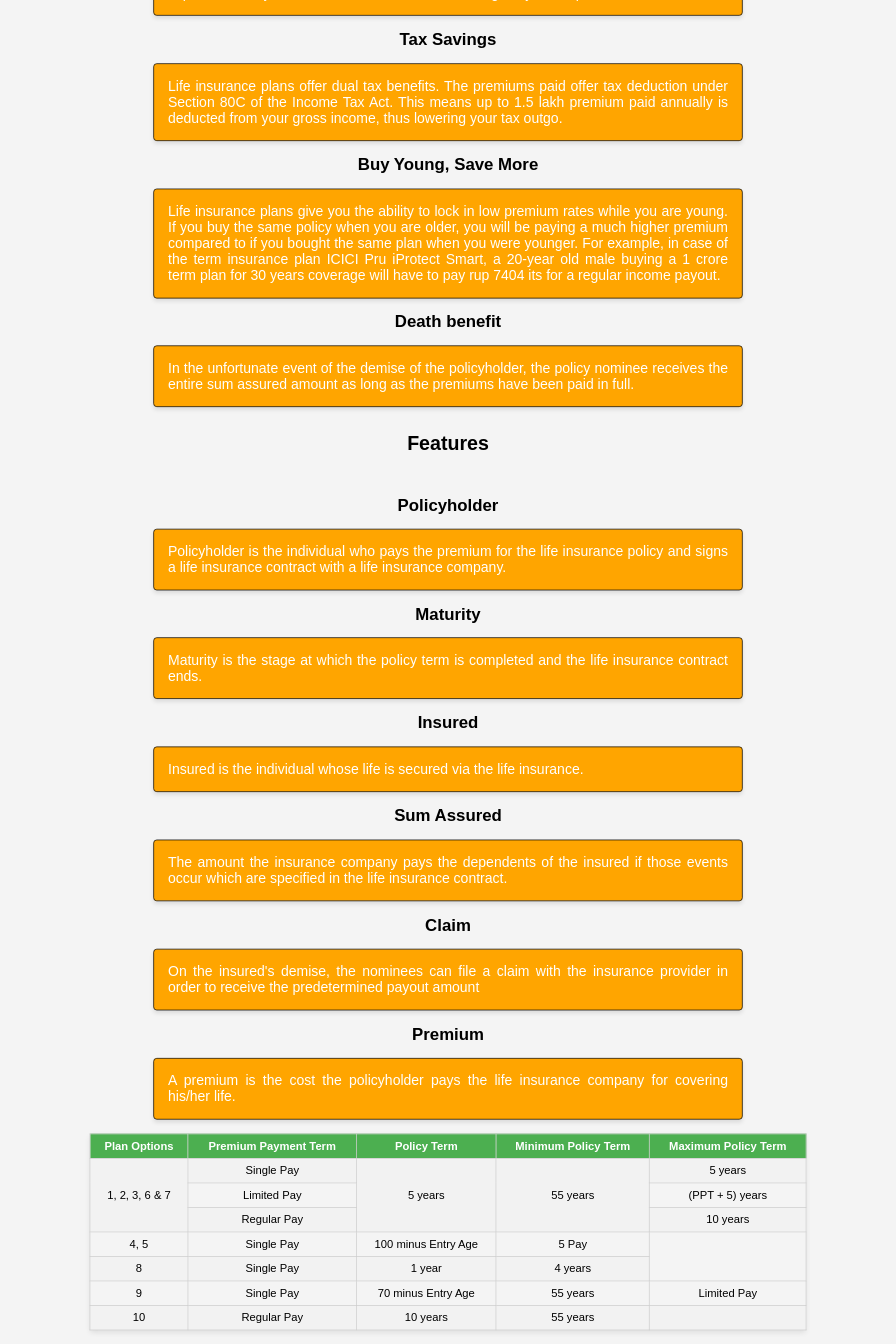
Repository: sowmini-nats/git-spring-project
Page: http://localhost/InsuranceAutomationSystem/LifeCare.jsp
The author's editor kept a copy of each file at every save. The page is drawn from the files as they stood at one save, then again after the next save.
The browser window is 1280 px wide. The pictures show the part of the page from y = 739 to 2659 px (the page is 2659 px tall before and 2537 px after), at 70% of full size.
The page is served by Tomcat 10.

Above is the page before, as saved 2023-10-31 03:58:46.

After the next save:
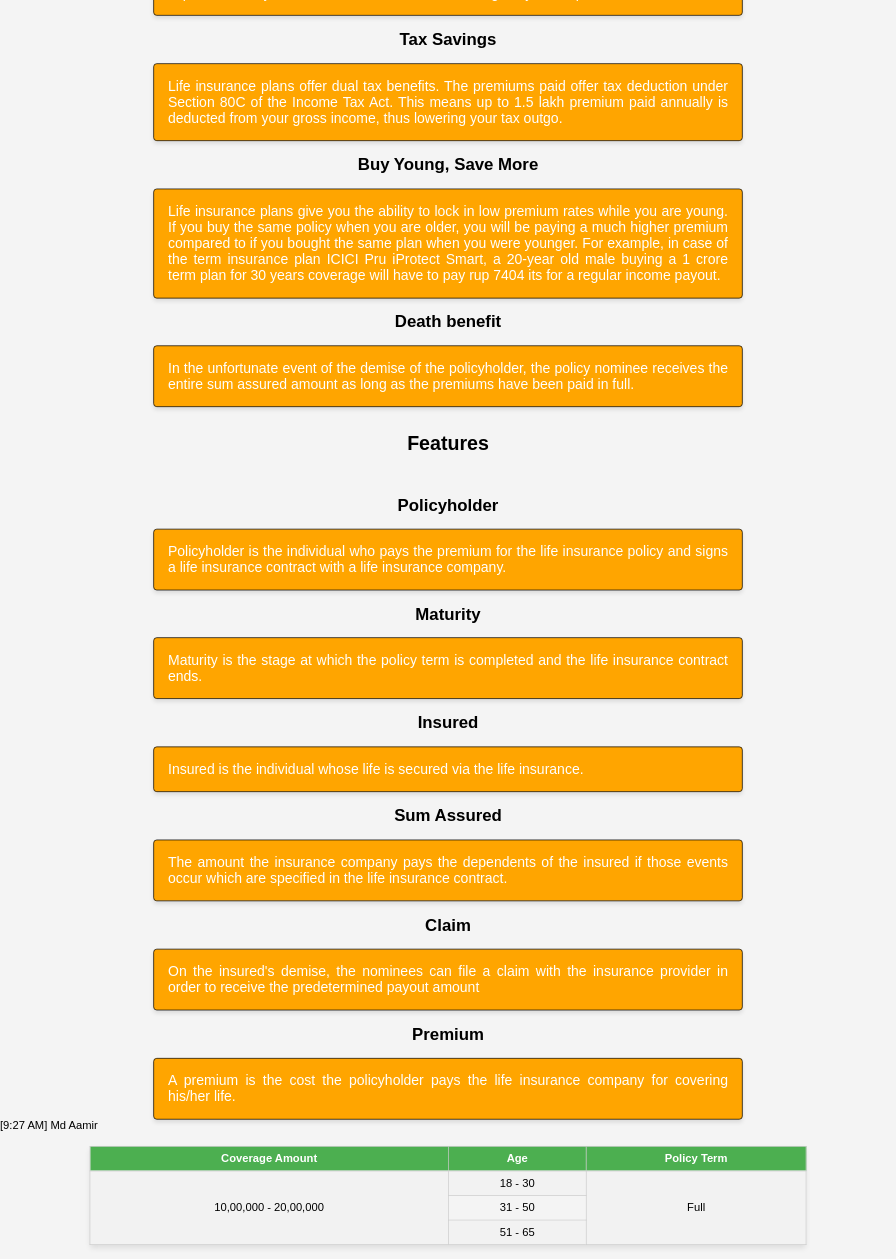
Saved 37 s later.
--- a/eclipse-workspace-jspassessment/InsuranceAutomationSystem/src/main/webapp/LifeCare.jsp
+++ b/eclipse-workspace-jspassessment/InsuranceAutomationSystem/src/main/webapp/LifeCare.jsp
@@ -144,56 +144,20 @@
 
 
 
+[9:27 AM] Md Aamir
 <table>
     <tr>
-        <th>Plan Options</th>
-        <th>Premium Payment Term</th>
-        <th>Policy Term</th>
-        <th>Minimum Policy Term</th>
-        <th>Maximum Policy Term</th>
+    <th>Coverage Amount</th>
+    <th>Age</th>
+    <th>Policy Term</th>
     </tr>
     <tr>
-        <td rowspan="3">1, 2, 3, 6 & 7</td>
-        <td>Single Pay</td>
-        <td rowspan="3">5 years</td>
-        <td rowspan="3">55 years</td>
-        <td>5 years</td>
-    </tr>
-    <tr>
-        <td>Limited Pay</td>
-        <td>(PPT + 5) years</td>
+    <td rowspan="3">10,00,000 - 20,00,000</td>
+    <td>18 - 30</td>
+    <td rowspan="3">Full</td></tr>
+    <tr><td>31 - 50</td></tr>
+    <tr><td>51 - 65</td></tr>
 
-    </tr>
-    <tr>
-        <td>Regular Pay</td>
-        <td>10 years</td>
-    </tr>
-    <tr>
-        <td>4, 5</td>
-        <td>Single Pay</td>
-        <td>100 minus Entry Age</td>
-        <td>5 Pay</td>
-    </tr>
-    <tr>
-        <td>8</td>
-        <td>Single Pay</td>
-        <td>1 year</td>
-        <td>4 years</td>
-    </tr>
-    <tr>
-        <td>9</td>
-        <td>Single Pay</td>
-        <td>70 minus Entry Age</td>
-        <td>55 years</td>
-        <td>Limited Pay</td>
-    </tr>
-    <tr>
-        <td>10</td>
-        <td>Regular Pay</td>
-        <td>10 years</td>
-        <td>55 years</td>
-        <td></td>
-    </tr>
 </table>
 </body>
 </html>
